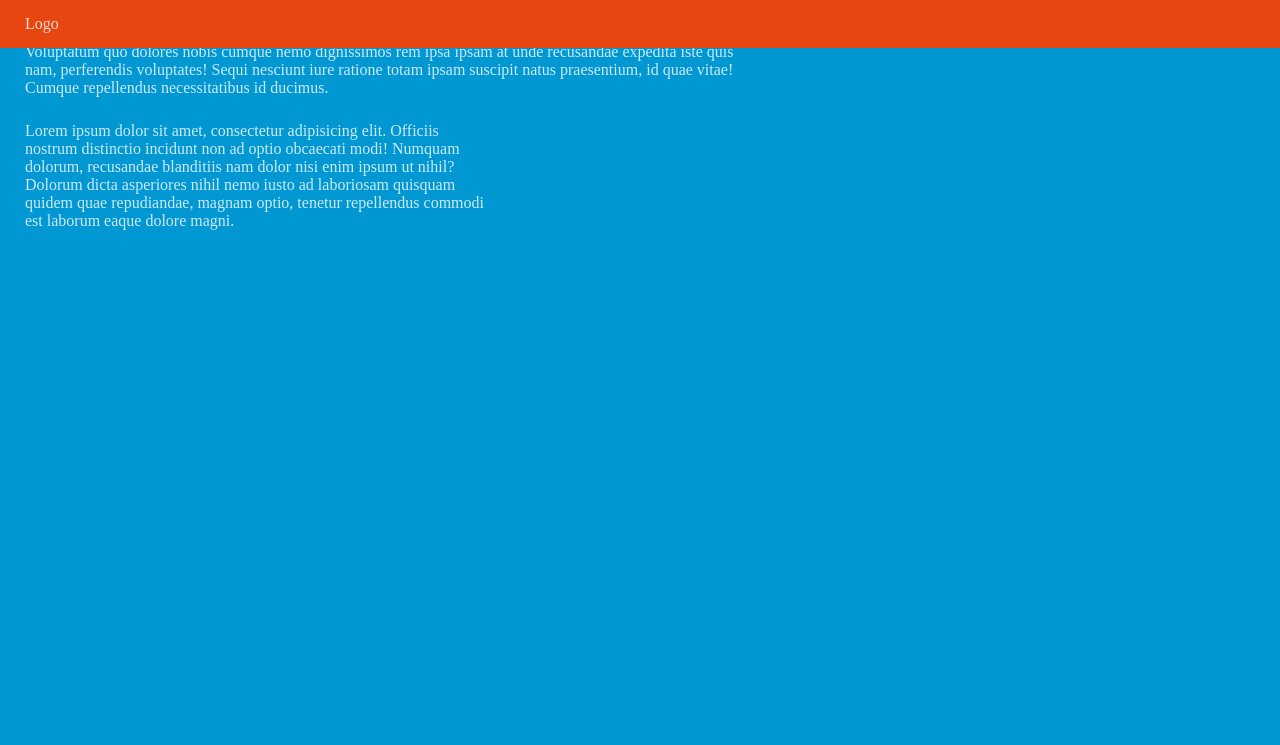
Repository: nitr-am/my-first-responsive-web-design
Page: index.html
The author's editor kept a record of every edit. The page is drawn from the files as they stood at one moment, then again after the next edit.
The browser window is 1280 px wide. The pictures show the whole page.

Above is the page before.

### index.html
<!DOCTYPE html>
<html lang="en">
<head>
    <meta charset="UTF-8">
    <meta name="viewport" content="width=device-width, initial-scale=1.0">
    <meta http-equiv="X-UA-Compatible" content="ie=edge">
    <title>Document</title>
    <link rel="stylesheet" href="main.css" type="text/css" />
</head>
<body>
  <main class="main">
    <header class="header">
        <div class="logo">Logo</div>
    </header>

    <section class="section">
        <article class="article column-60">
            <p class="section-paragraph">
                Lorem ipsum dolor sit amet, consectetur adipisicing elit. Quia, blanditiis soluta labore maxime fugiat. Voluptatum quo dolores nobis cumque nemo dignissimos rem ipsa ipsam at unde recusandae expedita iste quis nam, perferendis voluptates! Sequi nesciunt iure ratione totam ipsam suscipit natus praesentium, id quae vitae! Cumque repellendus necessitatibus id ducimus.
            </p>
        </article>
        <aside class="aside column-40">
            <p class="section-paragraph">
                Lorem ipsum dolor sit amet, consectetur adipisicing elit. Officiis nostrum distinctio incidunt non ad optio obcaecati modi! Numquam dolorum, recusandae blanditiis nam dolor nisi enim ipsum ut nihil? Dolorum dicta asperiores nihil nemo iusto ad laboriosam quisquam quidem quae repudiandae, magnam optio, tenetur repellendus commodi est laborum eaque dolore magni.
            </p>
        </aside>
    </section>
  </main>
</body>
</html>

### main.css
body, html {
    height:100%;
    margin:0;
    color: rgba(255,255,255, .8);
}
.header {
    position: fixed;
    top:0;
    left:0;
    right:0;
    background-color: #e84610;
    padding:15px 25px;
}

.main {
    height:100%;
}
.section {
    background-color: #0097d3;
    height: 100%;
}
.vcenter {
    position: relative;
    top: 50%;
    margin:10px;
    transform: translateY(-50%);
}

.section-paragraph {
    font-size: 1em;
    margin: 25px;
}

.footer {
    background-color: #4a4a4f;
    padding: 15px;
}

@media (min-width: 768px) {
    .column {
        float: left;
    }

    .column-60 {
        width: 60%;
    }
    .column-40 {
        width: 40%;
    }
}

After the next edit:
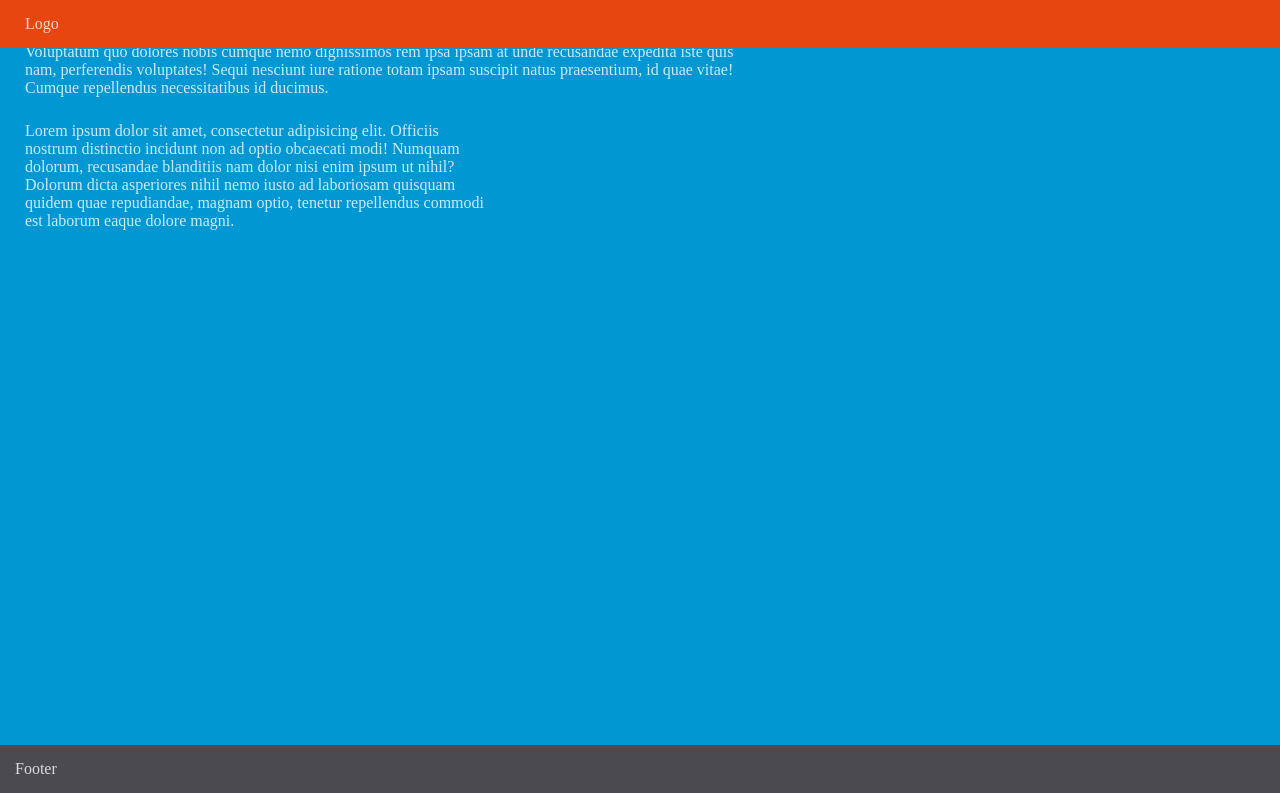
The edit:
--- a/index.html
+++ b/index.html
@@ -25,6 +25,10 @@
             </p>
         </aside>
     </section>
+
+    <footer class="footer">
+        Footer
+    </footer>
   </main>
 </body>
 </html>
